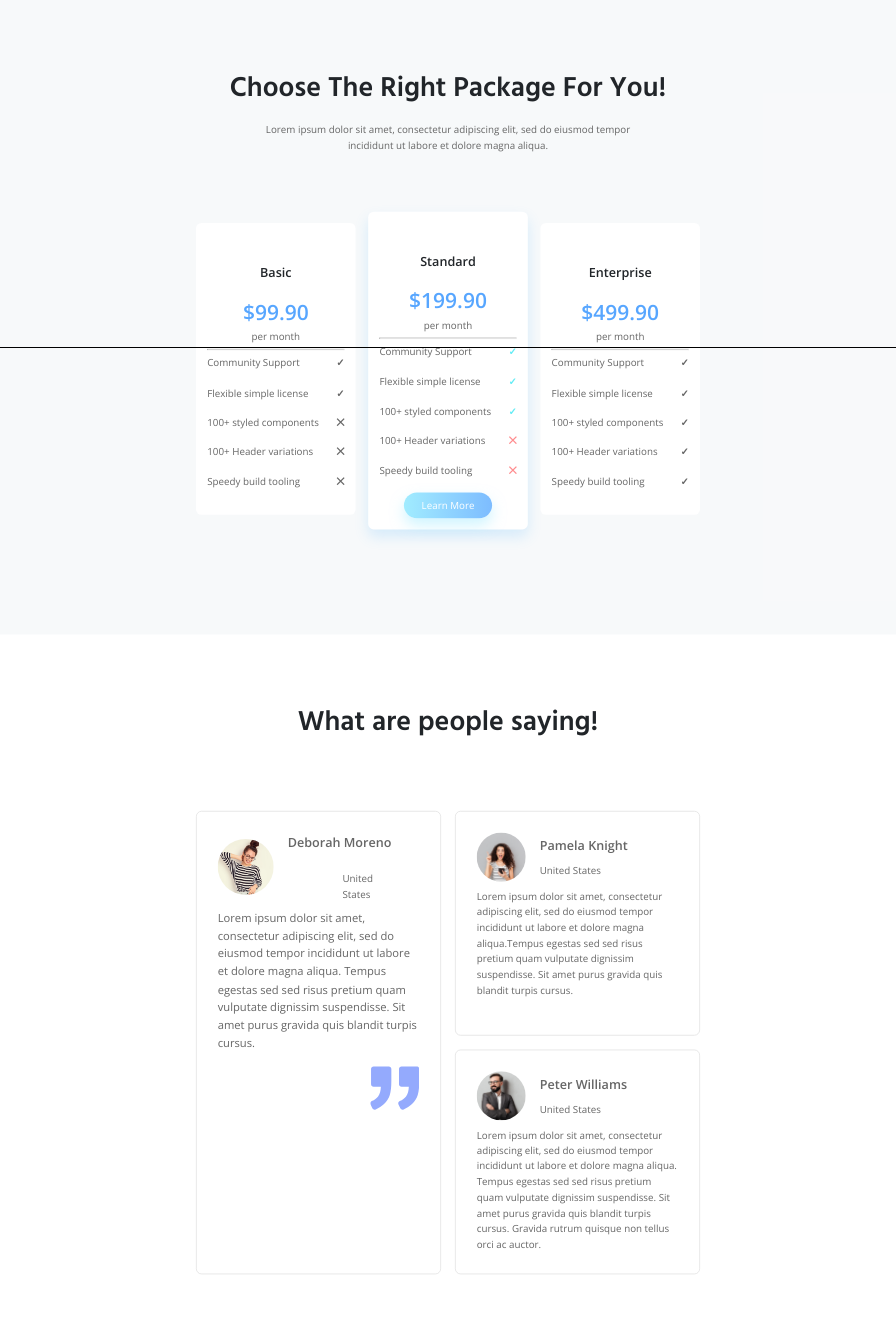
Repository: Sc-Juju/CodeRad
Page: index.html
An editor plug-in stored every save of this project. The page is shown before and after the next save, followed by the edit.
The browser window is 1280 px wide. The pictures show the part of the page from y = 2409 to 4329 px (the page is 4329 px tall before and 4284 px after), at 70% of full size.

Above is the page before, as saved 2022-11-11 22:08:48.

### index.html
<!DOCTYPE html>
<html>
	<head>
		<meta charset="utf-8" />
		<meta http-equiv="X-UA-Compatible" content="IE=edge" />
		<title>CodeRad</title>
		<meta name="description" content="" />
		<meta name="viewport" content="width=device-width, initial-scale=1" />

		<link
			href="https://fonts.googleapis.com/css2?family=Open+Sans:wght@300;400;600;700&display=swap"
			rel="stylesheet"
		/>
		<link
			href="https://fonts.googleapis.com/css2?family=Hind:wght@300;400;500;600;700&display=swap"
			rel="stylesheet"
		/>

		<link rel="stylesheet" href="./css/default.css" />
		<link rel="stylesheet" href="./css/styles.css" />
		<link rel="stylesheet" href="./css/responsive.css" />
	</head>
	<body>
		<nav class="navbar nav">
			<div class="container">
				<button
					class="navbar-toggler"
					aria-expanded="false"
					aria-controls="navbarDropdown"
				>
					<span>&#9776;</span>
				</button>
				<a class="navbar-brand" href="index.html">CodeRad</a>
				<ul class="navbar-nav">
					<li class="nav-link">
						<a href="#">Home</a>
					</li>

					<li class="nav-link">
						<a href="#">Blog</a>
					</li>
					<li class="nav-link">
						<a href="#">Portfolio</a>
					</li>
					<li class="nav-link">
						<a href="#">Contact</a>
					</li>
				</ul>
			</div>
		</nav>

		<header class="bg-header">
			<div class="container">
				<div class="hero-wrapper">
					<h2 class="hero-header">
						Young in our spirits and <br />
						modern look.
					</h2>
					<a class="btn btn-white" href="#">Learn more</a>
				</div>
			</div>
		</header>
		<!--Why me-->
		<section>
			<div class="container why-me-wrapper">
				<div class="block-text">
					<span>Why choose me</span>
					<h2>
						Meeting Your Needs <br />
						In Website Building
					</h2>
					<p>
						Lorem ipsum dolor sit amet, consectetur adipiscing elit,
						sed do eiusmod tempor incididunt ut labore et dolore
						magna aliqua.
					</p>
					<a href="" class="btn btn-primary">Learn More</a>
				</div>
				<div>
					<img src="./CodeRad-assets/image2.svg" alt="Icon Chart" />
				</div>
			</div>
		</section>
		<!--Services-->
		<section class="bg-contrast">
			<div class="container service-grid">
				<div class="service-card">
					<span class="bg-color-1"></span>
					<div>
						<h3>Branding</h3>
						<p>
							Lorem ipsum dolor sit amet, consectetur adipiscing
							elit, sed do eiusmod tempor incididunt ut labore et
							dolore magna aliqua. Ut morbi tincidunt augue
							interdum velit euismod in pellentesque. Congue
							mauris rhoncus aenean vel.
						</p>
					</div>
				</div>
				<div class="service-card">
					<span class="bg-color-2"></span>
					<div>
						<h3>Design & UX</h3>
						<p>
							Lorem ipsum dolor sit amet, consectetur adipiscing
							elit, sed do eiusmod tempor incididunt ut labore et
							dolore magna aliqua. Ut morbi tincidunt augue
							interdum velit euismod in pellentesque. Congue
							mauris rhoncus aenean vel.
						</p>
					</div>
				</div>
				<div class="service-card">
					<span class="bg-color-3"></span>
					<div>
						<h3>Development</h3>
						<p>
							Lorem ipsum dolor sit amet, consectetur adipiscing
							elit, sed do eiusmod tempor incididunt ut labore et
							dolore magna aliqua. Ut morbi tincidunt augue
							interdum velit euismod in pellentesque. Congue
							mauris rhoncus aenean vel.
						</p>
					</div>
				</div>
				<div class="service-card">
					<span class="bg-color-4"></span>
					<div>
						<h3>User analysis</h3>
						<p>
							Lorem ipsum dolor sit amet, consectetur adipiscing
							elit, sed do eiusmod tempor incididunt ut labore et
							dolore magna aliqua. Ut morbi tincidunt augue
							interdum velit euismod in pellentesque. Congue
							mauris rhoncus aenean vel.
						</p>
					</div>
				</div>
				<div class="service-card">
					<span class="bg-color-5"></span>
					<div>
						<h3>UX Research</h3>
						<p>
							Lorem ipsum dolor sit amet, consectetur adipiscing
							elit, sed do eiusmod tempor incididunt ut labore et
							dolore magna aliqua. Ut morbi tincidunt augue
							interdum velit euismod in pellentesque. Congue
							mauris rhoncus aenean vel.
						</p>
					</div>
				</div>
				<div class="service-card">
					<span class="bg-color-6"></span>
					<div>
						<h3>SEO Service</h3>
						<p>
							Lorem ipsum dolor sit amet, consectetur adipiscing
							elit, sed do eiusmod tempor incididunt ut labore et
							dolore magna aliqua. Ut morbi tincidunt augue
							interdum velit euismod in pellentesque. Congue
							mauris rhoncus aenean vel.
						</p>
					</div>
				</div>
			</div>
		</section>

		<!--Video Demo-->
		<section class="video-demo">
			<div class="container">
				<div class="block-text">
					<h2>Telling Our Story</h2>
					<p>
						Lorem ipsum dolor sit amet, consectetur adipiscing elit,
						sed do eiusmod tempor <br />
						incididunt ut labore et dolore magna aliqua.
					</p>
				</div>
				<div class="video-box">
					<a href="#" class="video-btn">
						<img
							src="./CodeRad-assets/play.svg"
							alt="Play Video Button"
						/>
					</a>
					<img
						src="./CodeRad-assets/demo-video-thumbnail.jpg"
						alt="Video thumbnail"
					/>
				</div>
			</div>
		</section>

		<!--Pricing plans-->
		<section class="bg-contrast">
			<div class="block-text pricing-header">
				<h2>Choose The Right Package For You!</h2>
				<p>
					Lorem ipsum dolor sit amet, consectetur adipiscing elit, sed
					do eiusmod tempor <br />
					incididunt ut labore et dolore magna aliqua.
				</p>
			</div>
			<div class="pricing-table">
				<div class="price-card">
					<h3>Basic</h3>
					<div class="price">$99.90</div>
					<div class="billed">per month</div>
					<hr />
					<ul>
						<li>
							<span class="title">Community Support</span>
							<span class="icon">&#10003;</span>
						</li>
						<li>
							<span class="title">Flexible simple license</span>
							<span class="icon">&#10003;</span>
						</li>
						<li>
							<span class="title">100+ styled components</span>
							<span class="icon">&#10761;</span>
						</li>
						<li>
							<span class="title">100+ Header variations</span>
							<span class="icon">&#10761;</span>
						</li>
						<li>
							<span class="title">Speedy build tooling</span>
							<span class="icon">&#10761;</span>
						</li>
					</ul>
				</div>

				<div class="price-card featured">
					<h3>Standard</h3>
					<div class="price">$199.90</div>
					<div class="billed">per month</div>
					<hr />
					<ul>
						<li>
							<span class="title">Community Support</span>
							<span class="icon checked">&#10003;</span>
						</li>
						<li>
							<span class="title">Flexible simple license</span>
							<span class="icon checked">&#10003;</span>
						</li>
						<li>
							<span class="title">100+ styled components</span>
							<span class="icon checked">&#10003;</span>
						</li>
						<li>
							<span class="title">100+ Header variations</span>
							<span class="icon times">&#10761;</span>
						</li>
						<li>
							<span class="title">Speedy build tooling</span>
							<span class="icon times">&#10761;</span>
						</li>
						<div class="plan-btn-wrapper">
							<a href="" class="btn btn-primary">Learn More</a>
						</div>
					</ul>
				</div>

				<div class="price-card">
					<h3>Enterprise</h3>
					<div class="price">$499.90</div>
					<div class="billed">per month</div>
					<hr />
					<ul>
						<li>
							<span class="title">Community Support</span>
							<span class="icon">&#10003;</span>
						</li>
						<li>
							<span class="title">Flexible simple license</span>
							<span class="icon">&#10003;</span>
						</li>
						<li>
							<span class="title">100+ styled components</span>
							<span class="icon">&#10003;</span>
						</li>
						<li>
							<span class="title">100+ Header variations</span>
							<span class="icon">&#10003;</span>
						</li>
						<li>
							<span class="title">Speedy build tooling</span>
							<span class="icon">&#10003;</span>
						</li>
					</ul>
				</div>
			</div>
		</section>

		<!--Testimonials-->
		<section class="testimonials">
			<div class="block-text">
				<h2>What are people saying!</h2>
			</div>
			<div class="testimonial-grid">
				<div class="testimonial-card lg">
					<div class="top">
						<img
							src="./CodeRad-assets/1.png"
							alt=""
							class="profile"
						/>
						<div class="top-info">
							<h4>Deborah Moreno</h4>
							<span>United States</span>
						</div>
					</div>
					<div class="bottom">
						<p>
							Lorem ipsum dolor sit amet, consectetur adipiscing
							elit, sed do eiusmod tempor incididunt ut labore et
							dolore magna aliqua. Tempus egestas sed sed risus
							pretium quam vulputate dignissim suspendisse. Sit
							amet purus gravida quis blandit turpis cursus.
						</p>
						<span>
							<img
								src="./CodeRad-assets/quote-colored.svg"
								alt="quote"
								class="quote"
							/>
						</span>
					</div>
				</div>

				<div class="testimonial-card md">
					<div class="top">
						<img
							src="./CodeRad-assets/2.png"
							alt=""
							class="profile"
						/>
						<div class="top-info">
							<h4>Pamela Knight</h4>
							<span>United States</span>
						</div>
					</div>
					<div class="bottom">
						<p>
							Lorem ipsum dolor sit amet, consectetur adipiscing
							elit, sed do eiusmod tempor incididunt ut labore et
							dolore magna aliqua.Tempus egestas sed sed risus
							pretium quam vulputate dignissim suspendisse. Sit
							amet purus gravida quis blandit turpis cursus.
						</p>
					</div>
				</div>

				<div class="testimonial-card md">
					<div class="top">
						<img
							src="./CodeRad-assets/3.png"
							alt=""
							class="profile"
						/>
						<div class="top-info">
							<h4>Peter Williams</h4>
							<span>United States</span>
						</div>
					</div>
					<div class="bottom">
						<p>
							Lorem ipsum dolor sit amet, consectetur adipiscing
							elit, sed do eiusmod tempor incididunt ut labore et
							dolore magna aliqua. Tempus egestas sed sed risus
							pretium quam vulputate dignissim suspendisse. Sit
							amet purus gravida quis blandit turpis cursus.
							Gravida rutrum quisque non tellus orci ac auctor.
						</p>
					</div>
				</div>
			</div>
		</section>
	</body>
</html>

### css/default.css
:root{
    --white:#fff;
    --black: #000;
    --font-color-base:#666;
    --font-color-dark:#212529;
    --font-color-light:#b0aebe;
    --font-color-link:#57a6ff;
    --footer:#34314b;
    --footer-base:2e2b45;
    --contrast:rgba(246, 248, 249, 0.8);
    --success: #64ecf5;
    --danger:#ff8b8d;
    --grad-1:#a1ecff;
    --grad-2:#7dbcff;


    --size-10:0.625rem;
    --size-14:0.875rem;
    --size-16:1rem;
    --size-18:1.125rem;
    --size-20:1.25rem;
    --size-30:1.875rem;
    --size-40:2.5rem;
    --size-50:3.125rem;
    --size-100:6.25rem;
    --size-150:9.375rem;
}
body{
    font-family:"Open Sans", sans-serif;
    font-weight: 400;
    font-size:0.875rem;
    line-height: 1.6;
    letter-spacing: 0;
    color: var(--font-color-base);
    margin:0;
    padding:0;
}
*,
::after,
::before{
    box-sizing: border-box;
}
ul{
    padding:0;
    margin:0;
    list-style: none;
}
a {text-decoration: none;}
p {margin-top:0;}
h2{
    font-size:1.75rem;
    font-weight:500;
    line-height:1.2;
}
img {
    width:100%;
    max-width:100%;
    vertical-align:middle;
    border-style: none;
}
.container{
    width: 100%;
    padding-left:15px;
    padding-right:15px;
    margin-right:auto;
    margin-left:auto;
}

.btn{
    display: inline-block;
    font-weight: 400;
    color: var(--font-color-dark);
    text-align: center;
    cursor: pointer;
    user-select: none;
    background-color: transparent;
    border: 1px solid transparent;
    padding: .375rem .75rem;
    border-radius:1.25rem;
    transition: ease-in-out .3s;
}
.btn-primary{
    background-image: linear-gradient(90deg, var(--grad-1)0%, var(--grad-2)100%);
    border: 1px var(--grad-1);
    box-shadow: 0 10px 20px rgba(161, 236, 255, .5);
    transition: ease-in-out .3s;
    color: var(--white);
    padding: .4375rem 1.5625rem;
}

.btn-white{
    background-color: var(--white);
    color: var(--font-color-link);
    box-shadow: 0px 10px 20px rgba(255, 255, 255, .35);
    padding: .475rem 1.75rem;
}

@media (min-width:1200px){
    .container{ max-width: 1140px; }
}
@media (min-width:768px){
    .pricing-table,
    .testimonial-grid{max-width:720px;}
}

### css/styles.css
.navbar{
    position: fixed;
    top: 0;
    right: 0;
    left: 0;
    z-index: 200;
    transition: ease-in-out .3s;
}
[aria-controls="navbarDropdown"]{
    display:none;
}
.navbar-nav{
    display: flex;
    align-items: center;
}
.navbar .container{
    display: flex;
    align-items: center;
}
.navbar-brand{
    margin-right:auto;
    font-size: 2rem;
    font-weight: 700;
    width: 100%;
    transition: ease-in-out .3s;
    color: var(--white);

}
.bg-header,
.video-demo{
    background-color: var(--footer);
    background-repeat: no-repeat;
    background-size: cover;
    background-position:50% 20%;
    position: relative;
    z-index: 1;
    padding: 4.6875rem 0;
}
.bg-header{background-image: url(../CodeRad-assets/bg-header-1.jpg);}
.video-demo{background-image: url(../CodeRad-assets/bg-demo.jpg);}
.bg-header::before{
    background-image: linear-gradient(30deg,
    rgba(21,27,38, .8)0%,
    rgba(0,0,0,.2)100%);
    position: absolute;
    content:"";
    top: 0;
    left: 0;
    right: 0;
    bottom: 0;
    width: 100%;
    height: 100%;
    z-index: -1;
}
.nav-link a{
    color: var(--white);
    font-size: .8125rem;
    font-weight: 600;
    font-family: "Hind", sans-serif;
    text-transform: uppercase;
    margin-right: 2.5rem;
    line-height: 1.25rem;
}
.hero-header{
    color: var(--white);
}
.why-me-wrapper{
    display: flex;
    align-items: center;
}
.why-me-wrapper div{
    flex: 1;
}
.block-text{
    padding-right: var(--size-50);
}
.block-text span{
    color: var(--font-color-dark);
    font-weight: 300;
}
.block-text h2{
    font-size: var(--size-40);
    font-family: "Hind", sans-serif;
    font-weight: 600;
    color: var(--font-color-dark);
    margin-bottom: var(--size-20);
    line-height: 1.3;
    margin-top: 0.5rem;
}
.bg-contrast{
    background-color: var(--contrast);
    padding: var(--size-150) 0;
    margin: 0 auto;
}
.service-grid{
    display: grid;
    grid-template-columns: repeat(auto-fit,minmax(300px, 1fr));
    gap: var(--size-20);
}
.service-card{
    padding: var(--size-30);
    box-shadow: 0 0 10px rgba(48, 63, 100, .15);
    background: white;
    border-radius: 8px;
}
.service-card span{
    width:4.375rem;
    height: 4.375rem;
    background: green;
    display: block;
    float: left;
    margin-right: 15px;
    border-radius: 50%;
    background: var(--font-color-light);
}
span.bg-color-1 {background-image: linear-gradient(90deg, #9ccdf3 0%, #94aafd 100%);}
span.bg-color-2 {background-image: linear-gradient(90deg, #55edc0 0%, #4bdbdb 100%);}
span.bg-color-3 {background-image: linear-gradient(90deg, #fda498 0%, #f58b9e 100%);}
span.bg-color-4 {background-image: linear-gradient(90deg, #f2a7ca 0%, #c289f4 100%);}
span.bg-color-5 {background-image: linear-gradient(90deg, #ffc187 0%, #fe93a7 100%);}
span.bg-color-6 {background-image: linear-gradient(90deg, #a1ecff 0%, #7dbcff 100%);}

.video-demo{text-align: center;}
.video-demo .block-text{padding-right: 0;}

.video-demo .block-text h2,
.video-demo .block-text p{
    color: var(--white);
}

.video-btn{
    position: absolute;
    top: 50%;
    left: 50%;
    transform: translate(-50%, -50%);
    box-shadow: 0 10px 20px rgba(57, 166, 251, .3);
}
.video-btn img{
    height: var(--size-100);
    width: var(--size-100);
}
.video-box{
    position: relative;
    margin-bottom: -9.375rem;
    z-index: 100;
}
.video-box > img{
    max-width: 600px;
    border-radius: 8px;
}
.block-text.pricing-header{
    text-align: center;
    padding-right: 0;
    margin: var(--size-100) 0;
}
.pricing-table{
    display: grid;
    grid-template-columns: repeat(auto-fit, minmax(215px, 1fr));
    gap: var(--size-18);
    margin: auto;
    align-items: flex-start;
}
.price-card{
    background-color:var(--white);
    border-radius: 8px;
    padding: var(--size-16);
}
.price-card .checked{color: var(--success);}
.price-card .times{color: var(--danger);}

.price-card.featured{
    box-shadow: 0 10px 20px rgba(82,179,255,.2);
    margin-top: -1rem;
}
.price-card h3{
    margin-top: var(--size-40);
    font-size: var(--size-18);
    color: var(--font-color-dark);
    font-weight: 600;
}
.plan-card hr{margin: 2rem 0 1rem;}
.price{
    color: var(--font-color-link);
    font-size: var(--size-30);
    font-weight: 600;
}
.price-card h3,
.price-card .price,
.price-card .billed{text-align: center;}

.price-card li{margin-bottom: var(--size-20);}
.price-card .icon{
    float: right;
    font-weight:600;
}
.plan-btn-wrapper{text-align: center;}

.testimonials{ margin: var(--size-100) 0;}

.testimonial-grid{
    display: grid;
    grid-template-columns: repeat(auto-fit, minmax(300px, 1fr));
    grid-template-rows: 1fr 1fr;
    gap: var(--size-20);
    margin: 0 auto;
}

.testimonials .block-text{
    padding-right: 0;
    text-align: center;
    margin: var(--size-100) 0;
}

.testimonial-card{
    border: 1px solid #dedede;
    border-radius: 8px;
    padding: var(--size-30);
}

.testimonial-card.lg{
    grid-row: 1 / 3;
    grid-column: 1 / 2;
}

.testimonial-card.md .bottom p{ font-size: var(--size-14);}

.testimonial-card .top{
    display:flex;
    align-items: center;
    padding-bottom: var(--size-10);
}

.testimonial-card img.profile{
    width: 4.375rem;
    border-radius: 50%;
    margin-right: var(--size-20);
}

.testimonial-card.lg img.profile{ width: 5rem;}

.top h4{
    margin-top: 0;
    margin-bottom: var(--size-10);
    font-weight: 600;
    font-size: var(--size-18);
}

.bottom p{
    margin: 0;
    font-size: var(--size-16);
    line-height: 1.6;
}

.testimonial-card.lg span{
    width: 4.375rem;
    float: right;
    margin-top: var(--size-16);
}

Loaded but not shown: css/responsive.css (no copy from this time; the picture is the same without it)

After the next save:
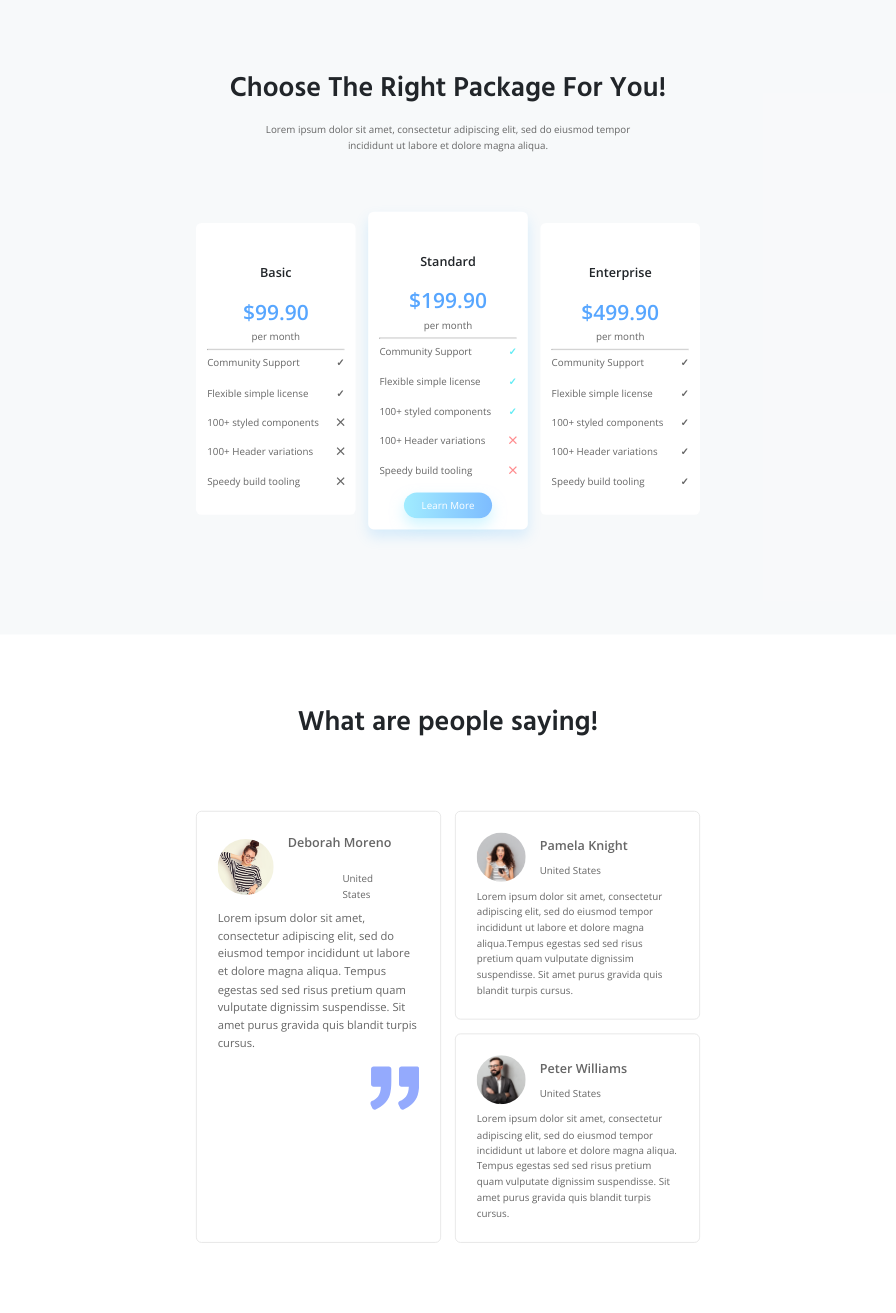
Saved 27 s later.
--- a/index.html
+++ b/index.html
@@ -372,7 +372,6 @@
 							dolore magna aliqua. Tempus egestas sed sed risus
 							pretium quam vulputate dignissim suspendisse. Sit
 							amet purus gravida quis blandit turpis cursus.
-							Gravida rutrum quisque non tellus orci ac auctor.
 						</p>
 					</div>
 				</div>
